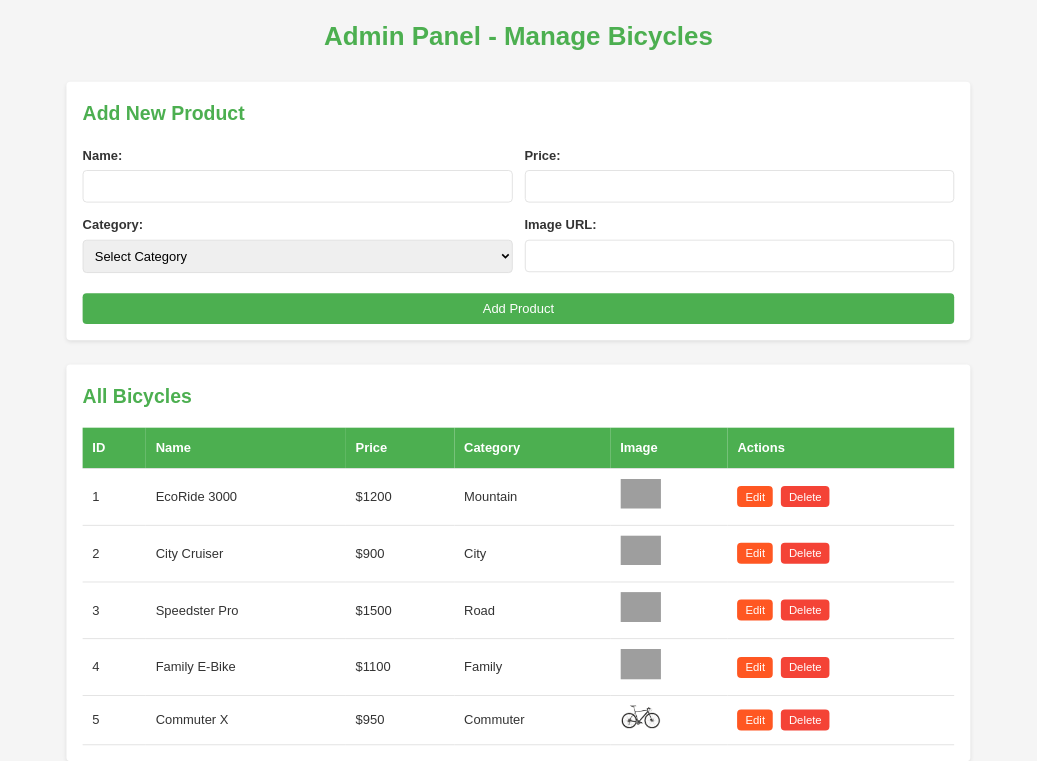
Repository: Rutuja-g/E-Cycle-Hub
Page: public/admin/admin.html
An editor plug-in stored every save of this project. The page is shown before and after the next save, followed by the edit.
The browser window is 1280 px wide. The pictures show the whole page, at 81% of full size.
Pictures or frames that could not be fetched are drawn as grey boxes.

Above is the page before, as saved 2025-10-23 17:31:22.

After the next save:
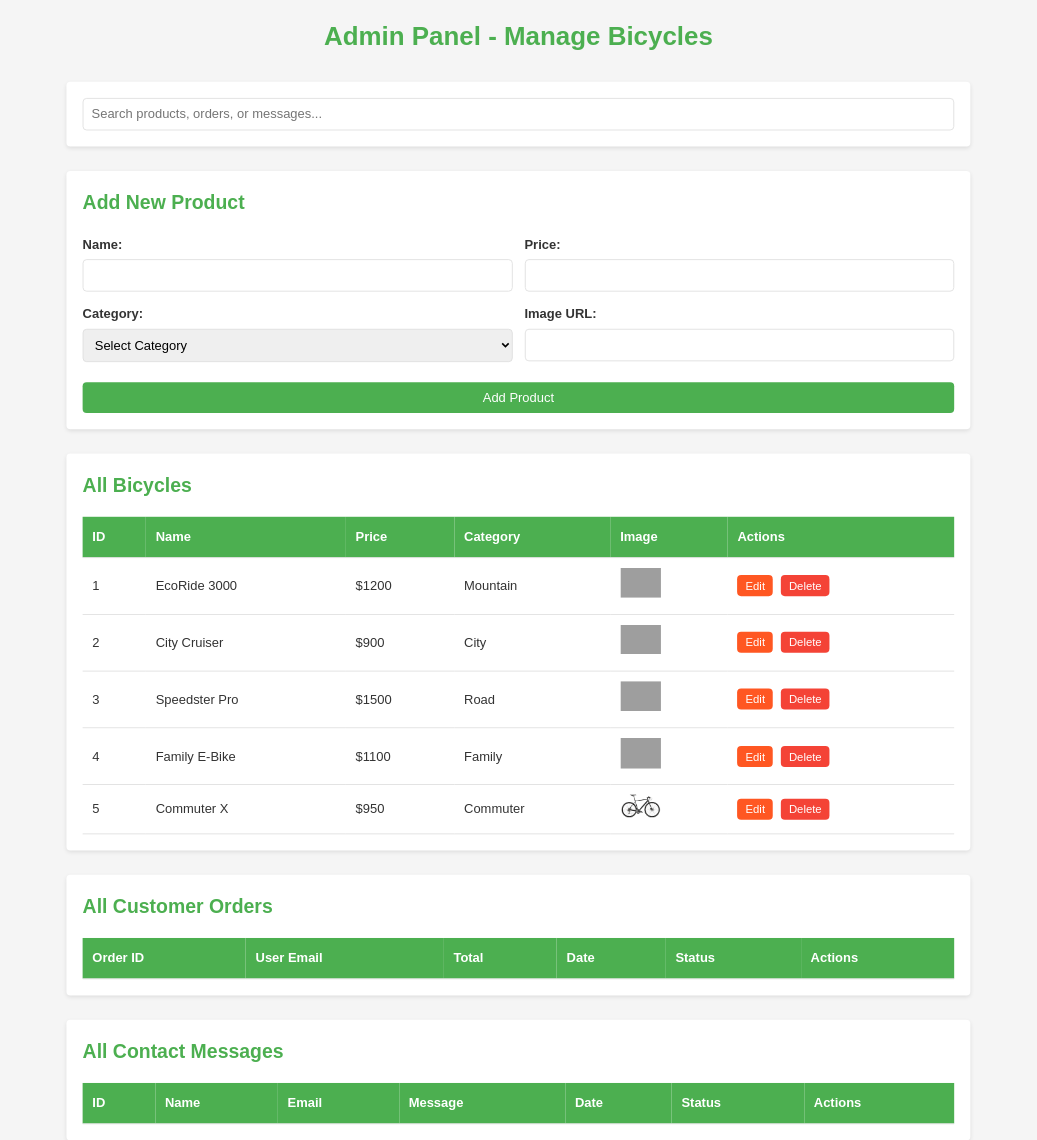
Saved 79 s later.
--- a/public/admin/admin.html
+++ b/public/admin/admin.html
@@ -23,6 +23,20 @@
         text-align: center;
         margin-bottom: 30px;
       }
+      .search-section {
+        background: white;
+        padding: 20px;
+        border-radius: var(--border-radius);
+        box-shadow: var(--box-shadow);
+        margin-bottom: 30px;
+      }
+      .search-section input {
+        width: 100%;
+        padding: 10px;
+        border: 1px solid #ddd;
+        border-radius: var(--border-radius);
+        font-size: var(--font-size-base);
+      }
       .form-section,
       .table-section {
         background: white;
@@ -87,7 +101,8 @@
         color: white;
       }
       .btn-edit,
-      .btn-delete {
+      .btn-delete,
+      .btn-resolve {
         padding: 5px 10px;
         margin-right: 5px;
         border: none;
@@ -108,6 +123,21 @@
       }
       .btn-delete:hover {
         background-color: #d32f2f;
+      }
+      .btn-resolve {
+        background-color: #4caf50;
+        color: white;
+      }
+      .btn-resolve:hover {
+        background-color: #388e3c;
+      }
+      .status-resolved {
+        color: #4caf50;
+        font-weight: bold;
+      }
+      .status-pending {
+        color: #ff9800;
+        font-weight: bold;
       }
       .error {
         color: #f44336;
@@ -134,6 +164,15 @@
   <body>
     <div class="container">
       <h1>Admin Panel - Manage Bicycles</h1>
+
+      <!-- Search Bar -->
+      <div class="search-section">
+        <input
+          type="text"
+          id="searchInput"
+          placeholder="Search products, orders, or messages..."
+        />
+      </div>
 
       <div class="form-section">
         <h2>Add New Product</h2>
@@ -187,6 +226,45 @@
           </tbody>
         </table>
       </div>
+
+      <div class="table-section">
+        <h2>All Customer Orders</h2>
+        <table id="ordersTable">
+          <thead>
+            <tr>
+              <th>Order ID</th>
+              <th>User Email</th>
+              <th>Total</th>
+              <th>Date</th>
+              <th>Status</th>
+              <th>Actions</th>
+            </tr>
+          </thead>
+          <tbody>
+            <!-- Orders will be inserted here -->
+          </tbody>
+        </table>
+      </div>
+
+      <div class="table-section">
+        <h2>All Contact Messages</h2>
+        <table id="messagesTable">
+          <thead>
+            <tr>
+              <th>ID</th>
+              <th>Name</th>
+              <th>Email</th>
+              <th>Message</th>
+              <th>Date</th>
+              <th>Status</th>
+              <th>Actions</th>
+            </tr>
+          </thead>
+          <tbody>
+            <!-- Messages will be inserted here -->
+          </tbody>
+        </table>
+      </div>
     </div>
 
     <script src="admin.js"></script>
